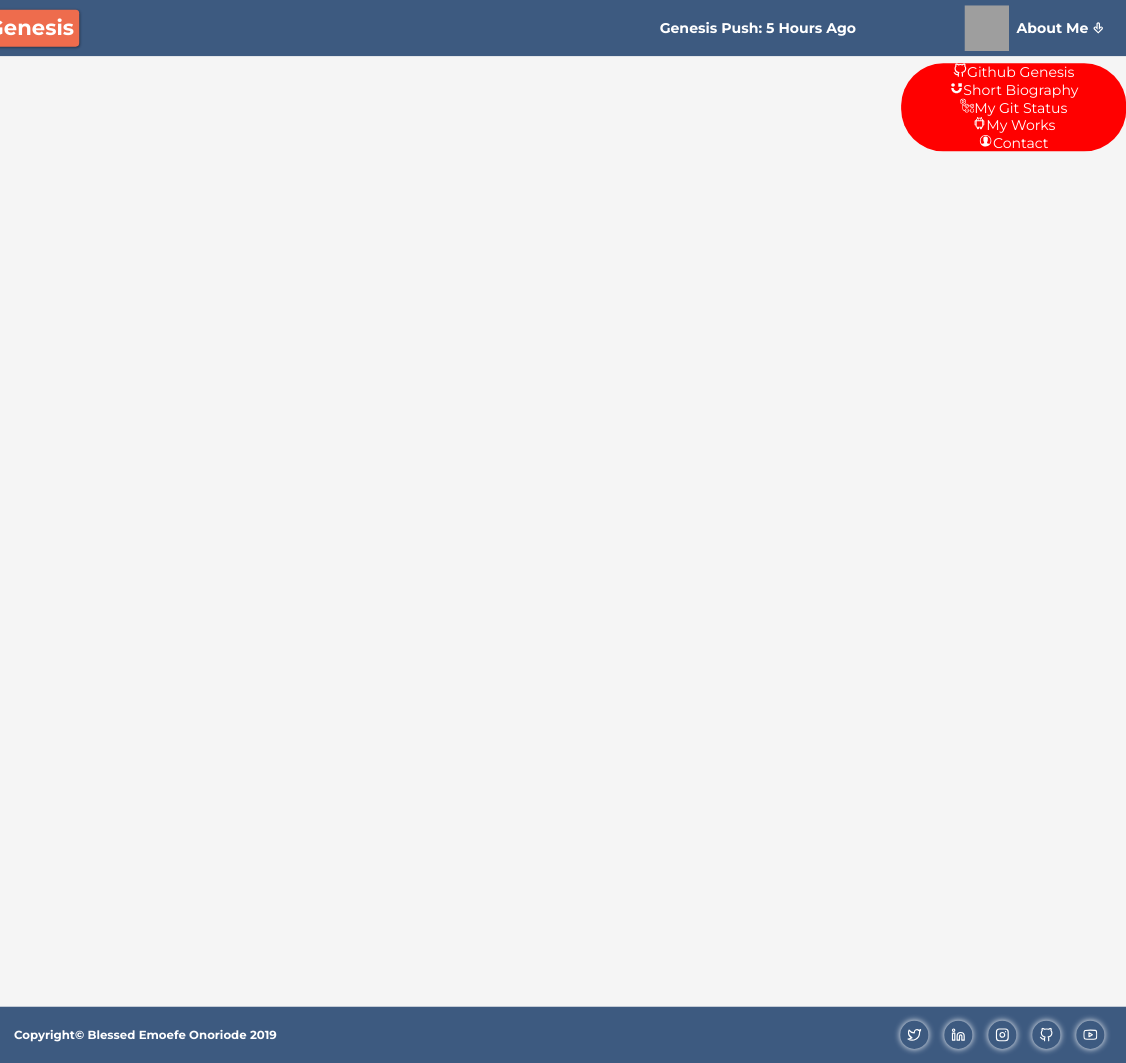
Repository: BlessedEmoefe/github-genesis
Page: /
An editor plug-in stored every save of this project. The page is shown before and after the next save, followed by the edit.
The browser window is 1280 px wide. The pictures show the whole page, at 88% of full size.
Pictures or frames that could not be fetched are drawn as grey boxes. The project was rebuilt for these pictures with package versions that can differ from the ones it lists, and the page was loaded fresh each time.

Above is the page before, as saved 2021-03-24 17:38:52.

### public/index.html
<!DOCTYPE html>
<html lang="en">
  <head>
    <meta charset="utf-8" />
    <link rel="icon" href="%PUBLIC_URL%/circle-cropped.png" />
    <meta name="viewport" content="width=device-width, initial-scale=1" />
    <meta name="theme-color" content="#000000" />
    <meta
      name="description"
      content="Web site created using create-react-app"
    />
    <link rel="apple-touch-icon" href="%PUBLIC_URL%/logo192.png" />
   <link rel="preconnect" href="https://fonts.gstatic.com">
<link href="https://fonts.googleapis.com/css2?family=Montserrat:wght@300;400;500;600;700;900&display=swap" rel="stylesheet">

    <link rel="manifest" href="%PUBLIC_URL%/manifest.json" />

    <title>React App</title>
  </head>
  <body>
    <noscript>You need to enable JavaScript to run this app.</noscript>
    <div id="root"></div>

  </body>
</html>

### src/index.js
import React from 'react';
import ReactDOM from 'react-dom';
import './index.css';
import Home from './pages/home';

ReactDOM.render(
  <React.StrictMode>
    <Home/>
  </React.StrictMode>,
  document.getElementById('root')
);

### src/index.css
body {
  margin: 0;
  font-family: 'Montserrat', sans-serif;
}
*{
  box-sizing:border-box;

}
p, b, h1, h2, h3, h4, h5, h6, span, div{
margin:0;
padding:0;
}

code {
font-family: 'Montserrat', sans-serif;
}

### src/pages/home/index.jsx
import React from "react";
import Body from "../../component/body";
import Footer from "../../component/footer";
import Header from "../../component/header";
import { HomeStyles } from "./styles";

const Home = () => {

  return (
    <HomeStyles>
      <Header />
      <Body />
      <Footer />
    </HomeStyles>
  );
};

export default Home;

### src/component/body/index.jsx
import React from 'react';
import { BodyStyles } from "./styles";

const Body = () => {
  return (
    <BodyStyles>

    </BodyStyles>
  )
}

export default Body;

### src/component/footer/index.jsx
import React from "react";
import { FooterStyles } from "./styles";
import {
  FiYoutube as Youtube,
  FiTwitter as Twitter,
  FiLinkedin as LinkedIn,
  FiInstagram as Instagram,
  FiGithub as Github
} from "react-icons/fi";

const Footer = () => {
  const socialData = [
    { name: "twitter", icon: <Twitter />, url: "#" },
    { name: "linkedIn", icon: <LinkedIn />, url: "#" },
    { name: "instagram", icon: <Instagram />, url: "#" },
    { name: "github", icon: <Github />, url: "#" },
    { name: "youtube", icon: <Youtube />, url: "#" },
  ];
  return (
    <FooterStyles>
      <div className="copyright">
        <small>Copyright© Blessed Emoefe Onoriode 2019</small>
      </div>
      <div className="socialMedia">
        {socialData.map(({ name, icon, url }) => (
          <div className="socialcontainer" name={name}>{icon}</div>
        ))}
      </div>
    </FooterStyles>
  );
};

export default Footer;

### src/component/header/index.jsx
import React, { useState, useEffect } from "react";
import Profile from "../profile";
import { HeaderStyles } from "./styles";

const Header = () => {
  const [timer, setTimer] = useState(0);

  useEffect(() => {
    const Interval = setInterval(() => {
      setTimer((timer) => timer + 1);
    }, 1000);
    return () => {
      clearInterval(Interval);
    };
  }, []);
  return (
    <HeaderStyles>
      <div className="headerTitle">
        <h2>My GitHub Genesis</h2>
      </div>
      <div className="timer">
        <b>
          Genesis Push: {timer} <span>Hours Ago</span>
        </b>
      </div>
      <Profile/>
    </HeaderStyles>
  );
}

export default Header;

### src/pages/home/styles.js
import styled from "styled-components";

export const HomeStyles = styled.div`
  background: whitesmoke;
  width: 100%;
  height: 100vh;
  margin: 0;
`;

### src/component/body/styles.js
import styled from "styled-components";

export const BodyStyles = styled.div`
background:whitesmoke;
width:100%;
height:150vh;
`

### src/component/footer/styles.js
import styled from "styled-components";
import { color } from '../../config/colors';

export const FooterStyles = styled.div`
  background: ${color.primary};
  width: 100%;
  height: max-content;
  display: flex;
  justify-content: space-between;
  align-items: center;
  padding: 1rem 1rem;
  margin: 0;
  color: white;

  .copyright {
    /* background: red; */
    small {
      font-weight: bolder;
      cursor: pointer;
    }
  }
  .socialMedia {
    cursor: pointer;
    display: flex;
    justify-content: space-around;
    align-items: center;
    width: 20%;

    .socialcontainer {
      border-radius: 50%;
      -webkit-box-shadow: 0px 0px 7px 0px rgba(255, 255, 255, 1);
      -moz-box-shadow: 0px 0px 7px 0px rgba(255, 255, 255, 1);
      box-shadow: 0px 0px 7px 0px rgba(255, 255, 255, 1);
      width: max-content;
      height: max-content;
      padding: 0.5rem;
      display: flex;
      justify-content: space-around;
      align-items: center;
    }
  }
`;

### src/component/profile/index.jsx
import React, { useState } from 'react';
import { ProfileStyles } from "./styles";
import ProfileImage from "../../assets/ProfileImage.png";
import {
  TiArrowDownOutline as ArrowDown,
  TiArrowUpOutline as ArrowUp
} from "react-icons/ti";
import { CgUserlane as BiographyIcon } from "react-icons/cg";
import { FiGithub as GithubGenesisIcon } from "react-icons/fi";
import { SiGithubactions as GitStatusIcon } from "react-icons/si";
import { AiOutlineAndroid as MyWorksIcon } from "react-icons/ai";
import { IoIosContact as ContactIcon } from "react-icons/io";

const Profile = () => {
  const [isOpen, setIsOpen] = useState(false);
  const OpenProfileModal =()=> {
    setIsOpen(isOpen=>!isOpen)
  }

  const profileData = [
    { icon: <GithubGenesisIcon />, name: "Github Genesis", url: "#" },
    { icon: <BiographyIcon />, name: "Short Biography", url: "#" },
    { icon: <GitStatusIcon />, name: "My Git Status", url: "#" },
    { icon: <MyWorksIcon />, name: "My Works", url: "#" },
    { icon: <ContactIcon />, name: "Contact", url: "#" },
  ];
  return (
    <ProfileStyles>
      <div className="imageContainer">
        <img src={ProfileImage} alt="profileimg" width="100%" height="100%" />
      </div>
      <div className="profileTextAndIcon" onClick={OpenProfileModal}>
        <b>About Me</b>
        {isOpen ? <ArrowUp /> : <ArrowDown />}
      </div>
      <div className="profileContentContainer">
        {profileData.map(({icon,name,url }) => (
          <div className="profileContent">
            {icon}
            <span>{name}</span>
          </div>
        ))}
      </div>
    </ProfileStyles>
  );
}

export default Profile;

### src/component/header/styles.js
import styled from "styled-components";
import {color} from "../../config/colors"

export const HeaderStyles = styled.div`
    display: flex;
    justify-content: flex-end;
    align-items: center;
    width: 100%;
    height: max-content;
    background: ${color.primary};
    padding: 0.4rem 1.5rem;
    color:white;

    .headerTitle {
      font-size: 1rem;
      font-weight: 500;
      width: max-content;
      height: max-content;
      padding: 0.4rem;
      background: ${color.secondary};
      border-radius: 4px;
      box-shadow: 1px 1px 3px rgba(0, 0, 0, 0.3), 0 1px 3px rgba(0, 0, 0, 0.2);
      display: flex;
      position: absolute;
      left: -12.5%;
      transition: 0.6s ease-out;
      :hover {
        left: 0%;
        transition: 0.6s ease-in;
      }
    }
    .about {
      font-size: 1rem;
      font-weight: 700;
      font-family: inherit;
    }
    .timer {
      font-size: 1rem;
      font-weight: 700;
    }

`;

### src/config/colors/index.jsx
/*This is the color component for the app. Theming and color variations should live here */
export const color = {
  primary: "#3D5A80",
  secondary: "#EE6C4D",
  tertiary: "#293241",
  background: "#98C1D9",
  text: "#060B0F",
};

### src/component/profile/styles.js
import styled from "styled-components";

export const ProfileStyles = styled.div`
  height: 100%;
  width: max-content;
  display: flex;
  justify-content: space-around;
  align-items: center;
  flex-wrap: wrap;
  margin-left: 10%;

  .imageContainer {
    height: 3.2rem;
    width: 3.2rem;
    border-radius: 50%;
    cursor: pointer;
  }
  .profileTextAndIcon {
    display: flex;
    justify-content: space-around;
    align-items: center;
    flex-wrap: nowrap;
    margin-left: 0.5rem;
    cursor: pointer;
    b {
      font-size: 1rem;
      margin-right: 0.2rem;
    }
  }
  .profileContentContainer {
    width: 20%;
    background: red;
    position: absolute;
    right: 0;
    top: 4.5rem;
    border-radius: 3rem;
    display: flex;
    flex-direction:column;
    justify-content: space-between;
    align-items: center;
  }
`;

After the next save:
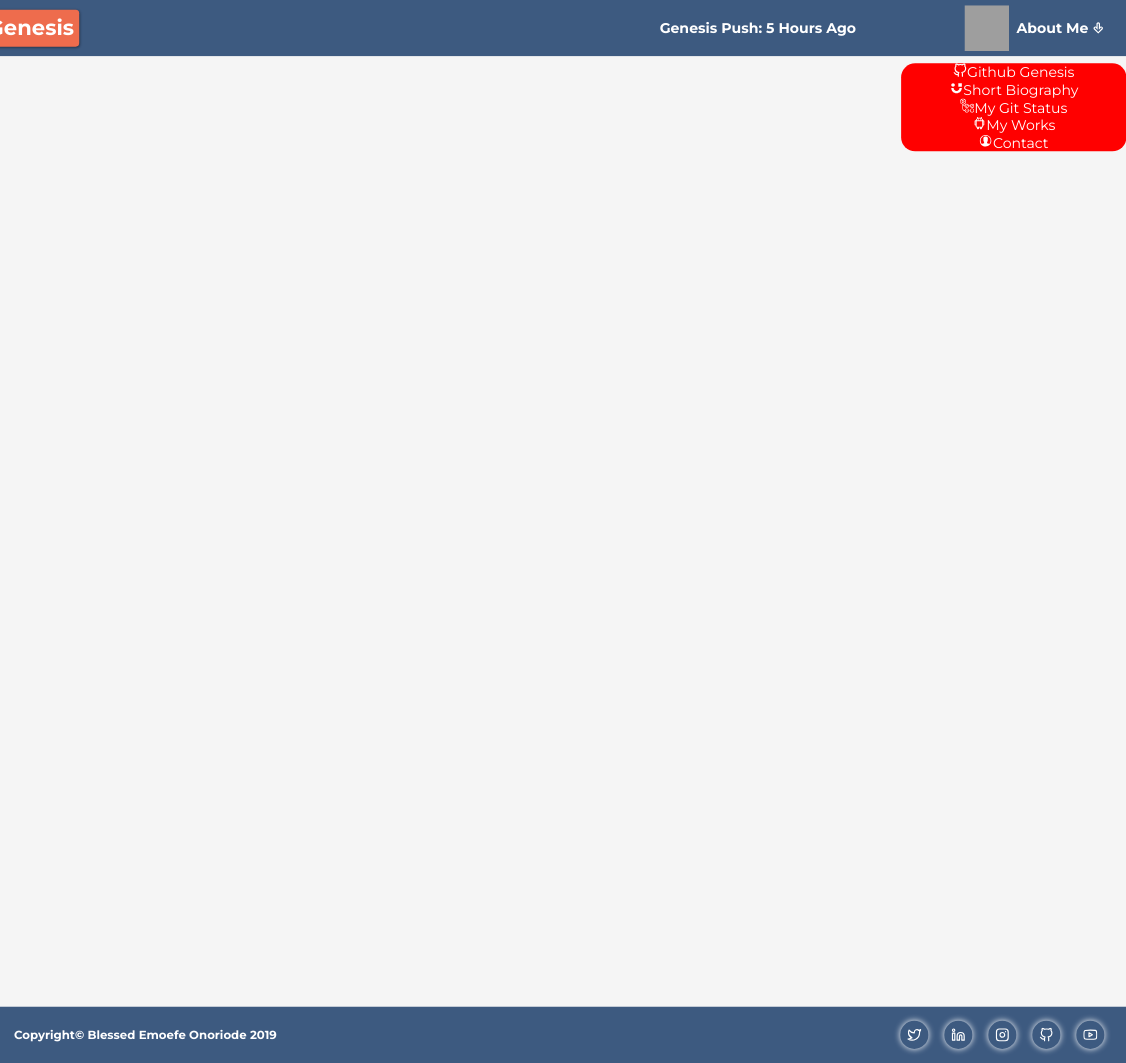
Saved 39 s later.
--- a/src/component/profile/styles.js
+++ b/src/component/profile/styles.js
@@ -33,7 +33,7 @@ export const ProfileStyles = styled.div`
     position: absolute;
     right: 0;
     top: 4.5rem;
-    border-radius: 3rem;
+    border-radius: 1rem;
     display: flex;
     flex-direction:column;
     justify-content: space-between;
